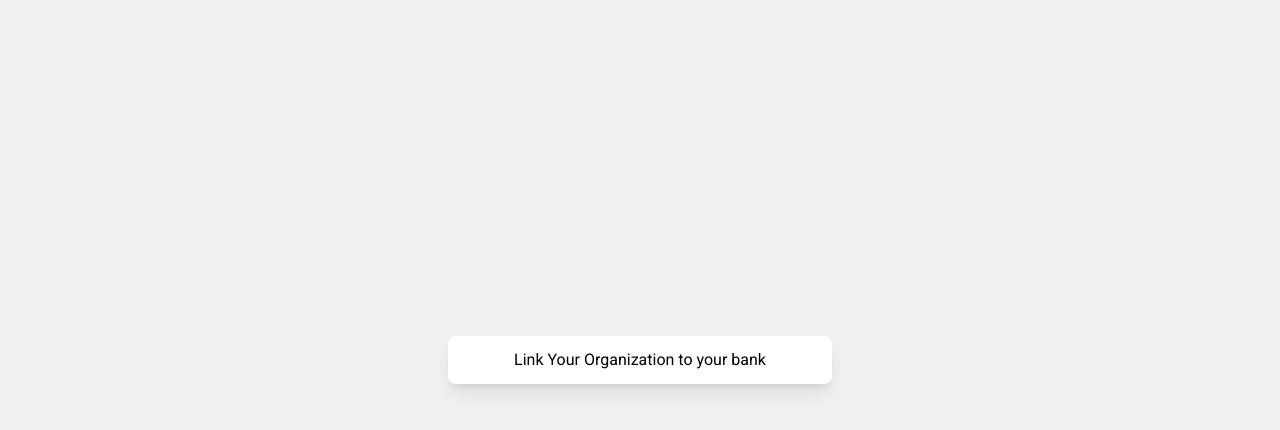
Repository: Nathan-spec/link_to_org
Page: /
An editor plug-in stored every save of this project. The page is shown before and after the next save, followed by the edit.
The browser window is 1280 px wide. The pictures show the whole page.
The project was rebuilt for these pictures with package versions that can differ from the ones it lists, and the page was loaded fresh each time. The framework's server and built-in components were replaced by stand-ins that run in the browser. Also part of the build but not shown: next.config.ts.

Above is the page before, as saved 2024-10-25 13:11:22.

After the next save:
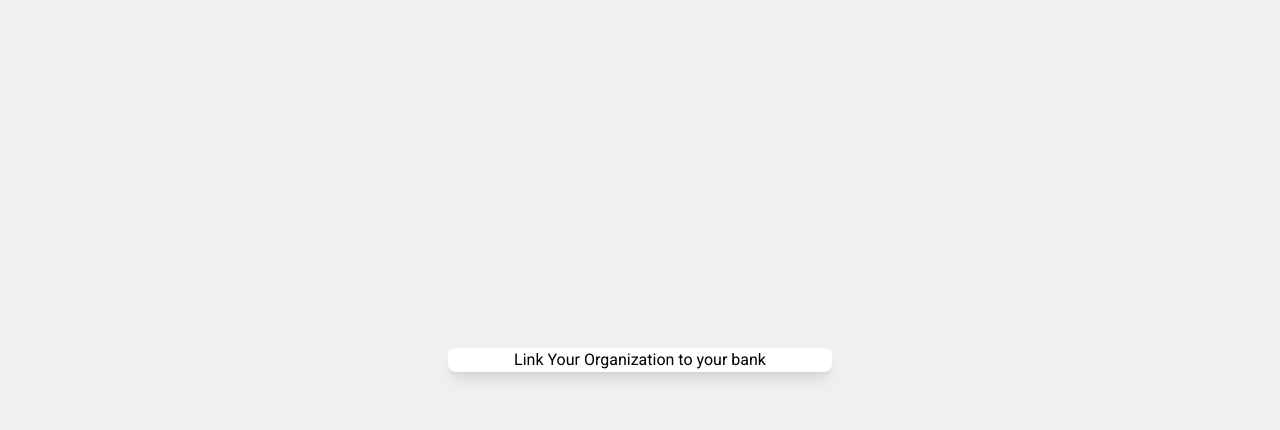
Saved 8 s later.
--- a/app/page.tsx
+++ b/app/page.tsx
@@ -12,7 +12,7 @@ export default function Home() {
     className={`w-full h-screen flex items-center justify-center ${roboto.className}`}
     style={{ backgroundColor: '#f0f0f0'}}
     >
-      <div className={`w-96 p-3 bg-white rounded-lg shadow-lg ${roboto.className}`}>
+      <div className={`w-96  bg-white rounded-lg shadow-lg ${roboto.className}`}>
       {/* Inner card component */}
        <h1 style={{fontSize: '16px', color: 'black', textAlign: 'center', }}> Link Your Organization to your bank </h1>
       </div>
